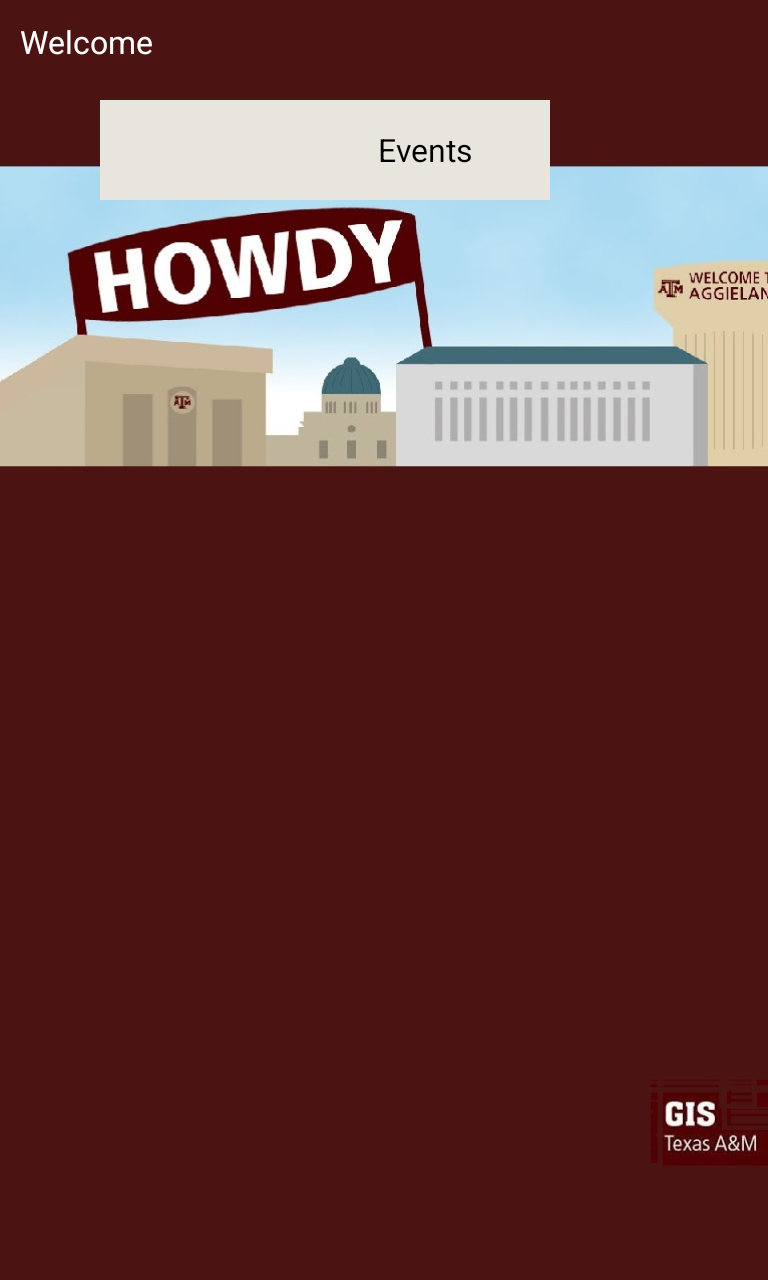
Repository: jannelg92/ANDROIDAPP
Layout: GEOINNOVATION/TAMUgis-dayEvents/res/layout/main_home.xml
The author's editor kept a copy of each file at every save. The layout is drawn from the files as they stood at one save, then again after the next save.
It is drawn on a 768 x 1280 px phone screen (xhdpi) without system bars, with theme AppTheme; the app's code is not run. Lists and similar views that code fills are empty. The app's manifest (not shown) leaves right-to-left support off. So textAlignment, textDirection and layoutDirection are ignored, and left and right values win over start and end ones.

Above is the layout before, as saved 2014-04-19 00:38:03.

After the next save:
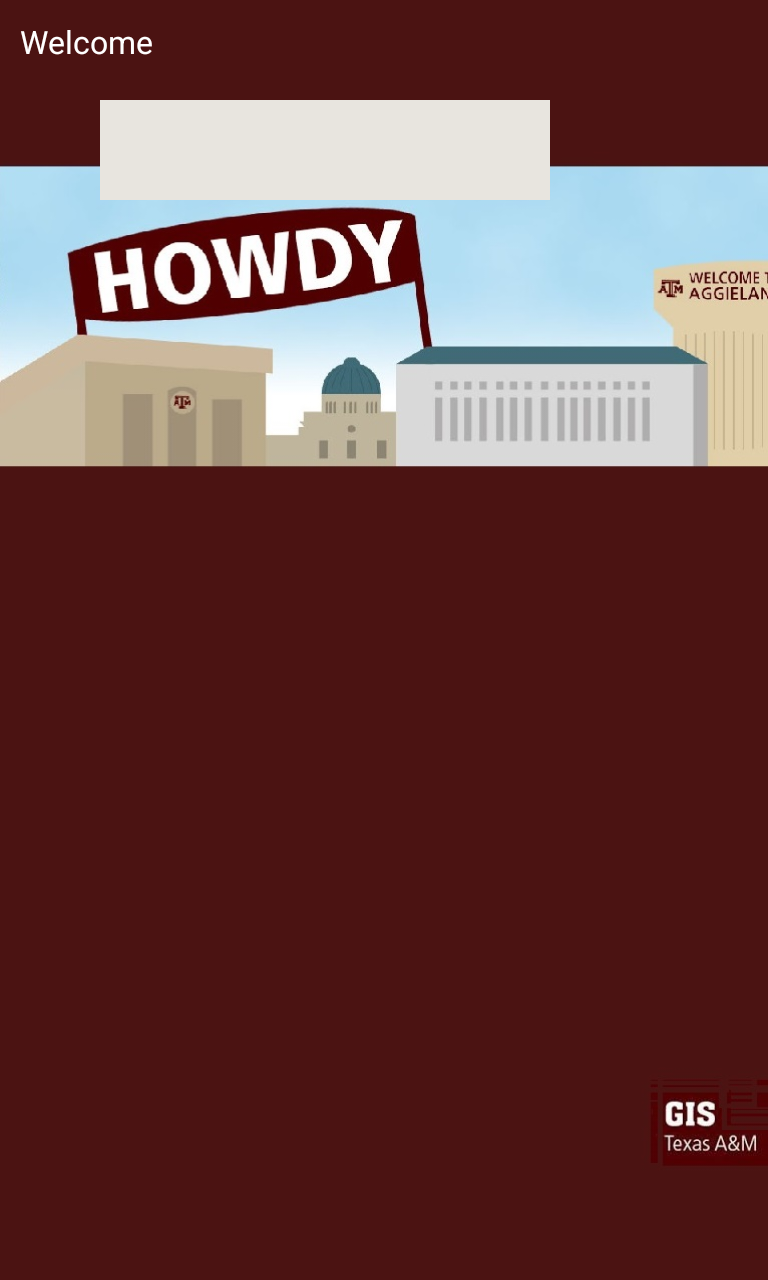
Saved 54 s later.
--- a/GEOINNOVATION/TAMUgis-dayEvents/res/layout/main_home.xml
+++ b/GEOINNOVATION/TAMUgis-dayEvents/res/layout/main_home.xml
@@ -37,7 +37,7 @@
         android:clickable="true"
         android:text="@string/title_section2"
         android:textSize="@dimen/small_text"
-        android:paddingStart="200px" />
+        android:scrollY="200px" />
 
     </FrameLayout>
 
